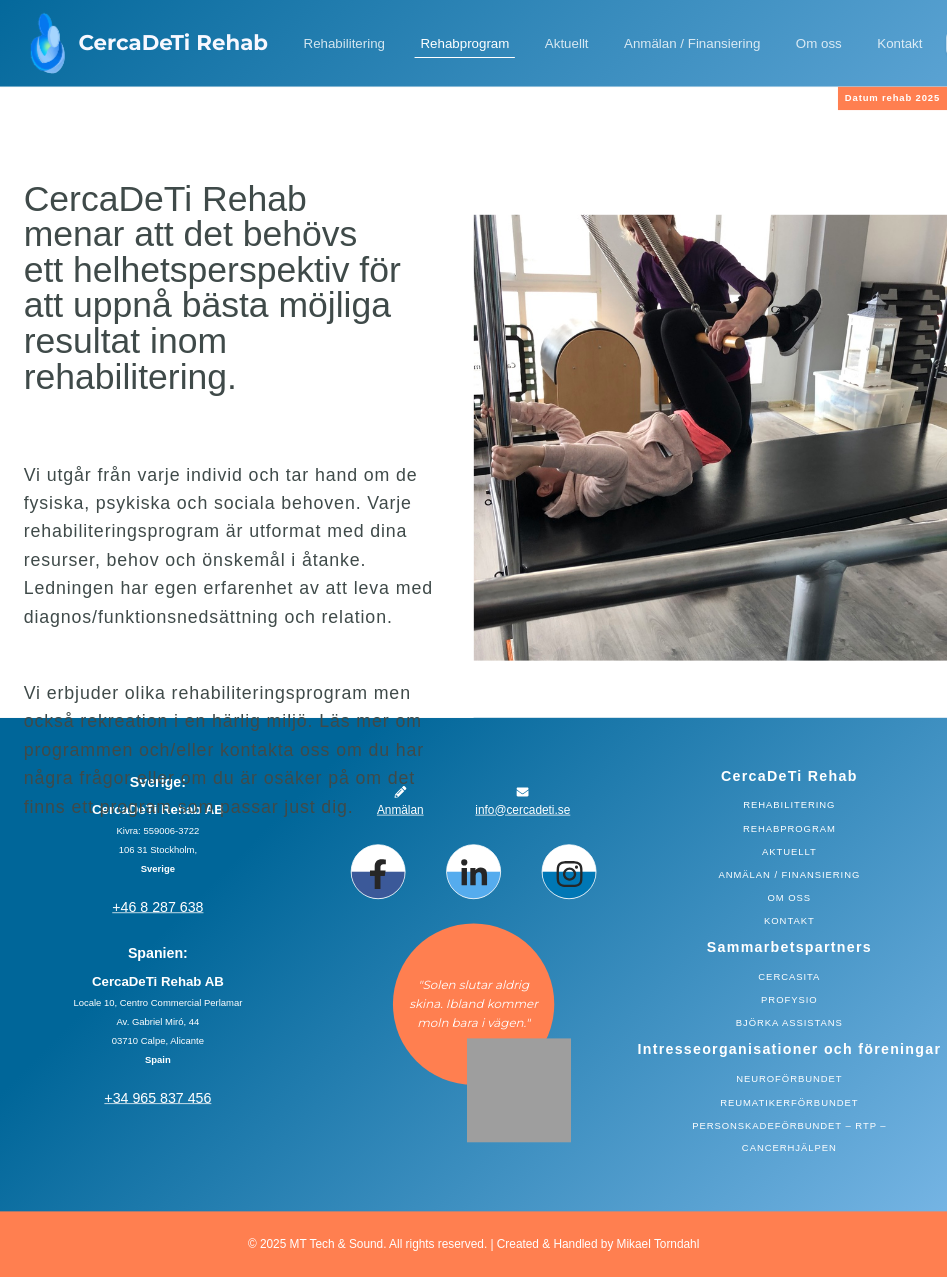
Repository: micketorndahl/CercaDeTi-rehab
Page: Rehabprogram.html
These files come from the project's save history. The page is drawn as it stood at one moment and after the next save; the edit follows.
The browser window is 1280 px wide. The pictures show the whole page, at 74% of full size.
Pictures or frames that could not be fetched are drawn as grey boxes. The page's requests for data from a server got no answer. Some web fonts or font styles are not loaded; a fallback is used. Some web libraries are served in a nearby version.

Above is the page before, as saved 2025-02-07 02:45:00.
Console error: TypeError: Cannot set properties of null (setting 'innerHTML')

After the next save:
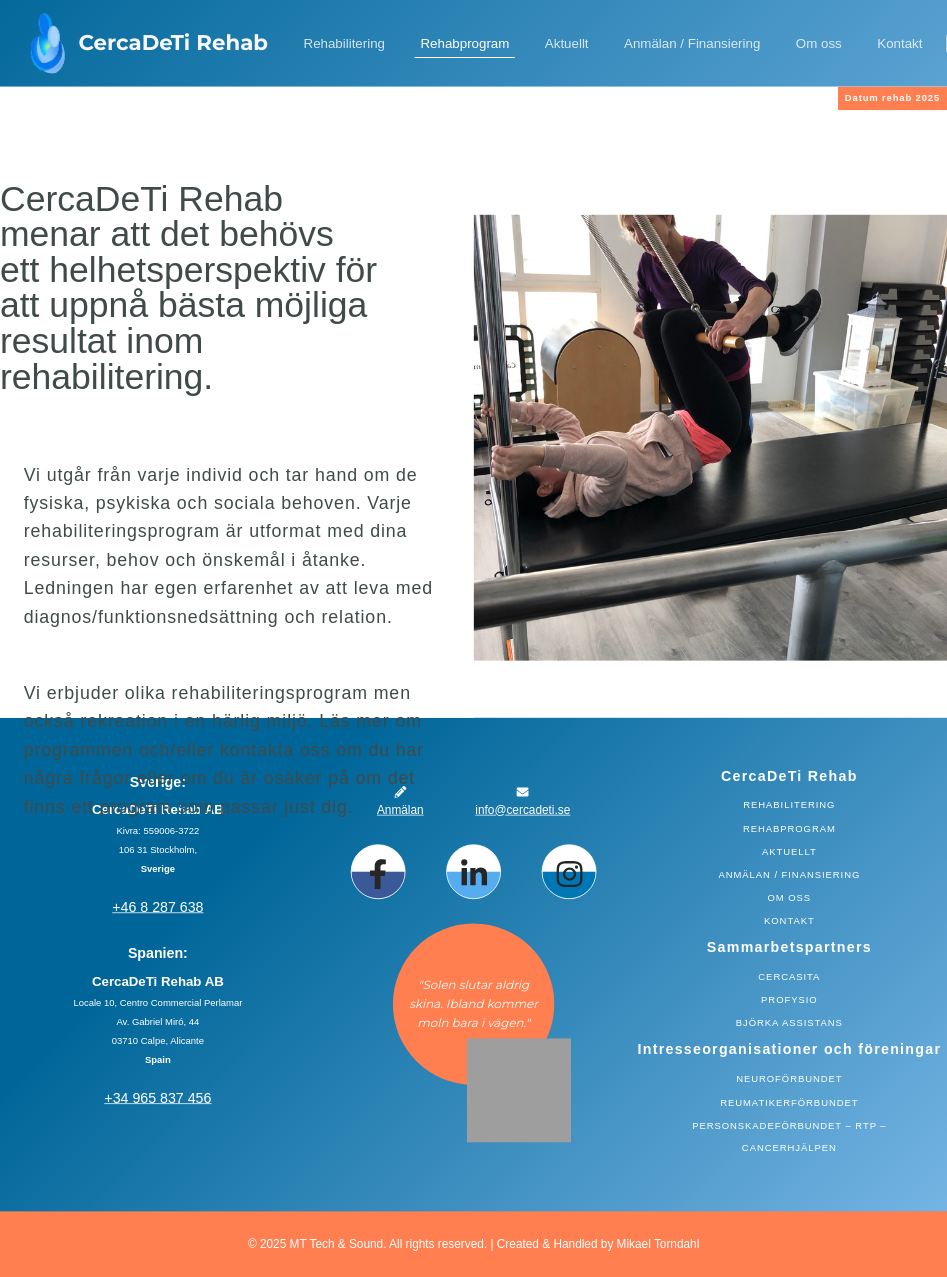
Saved 32 s later.
--- a/css/typography.css
+++ b/css/typography.css
@@ -130,7 +130,7 @@
   font-weight: 500;
   color: var(--text-gray);
   text-align: left;
-  margin: var(--margin);
+  margin-top: var(--margin);
   padding: 0;
   padding-bottom: 2vmax;
   width: 80%;
